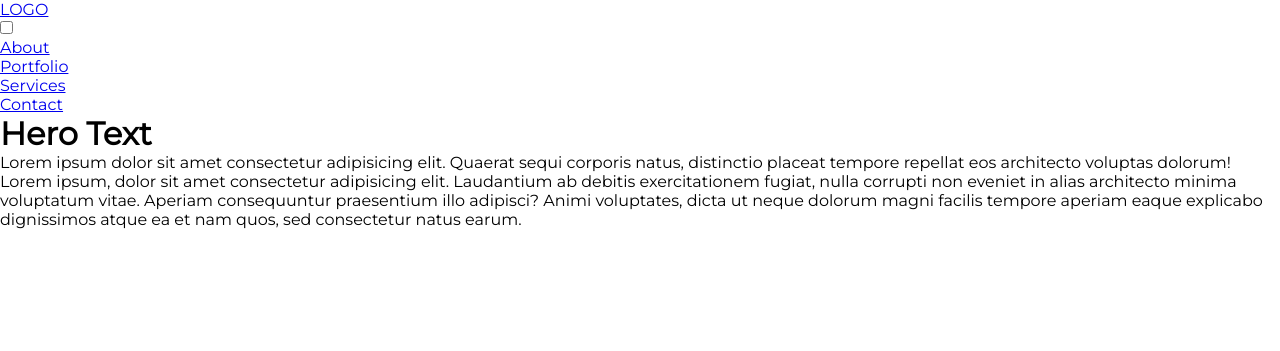
Repository: digiangler/animated-responsive-navbar
Page: dist/index.html
These files come from the project's save history. The page is drawn as it stood at one moment and after the next save; the edit follows.
The browser window is 1280 px wide. The pictures show the whole page.
The style sheet was rebuilt from its Sass, Less or Tailwind sources for each picture, by a compiler version that may differ from the author's.

Above is the page before, as saved 2020-10-21 01:17:10.

After the next save:
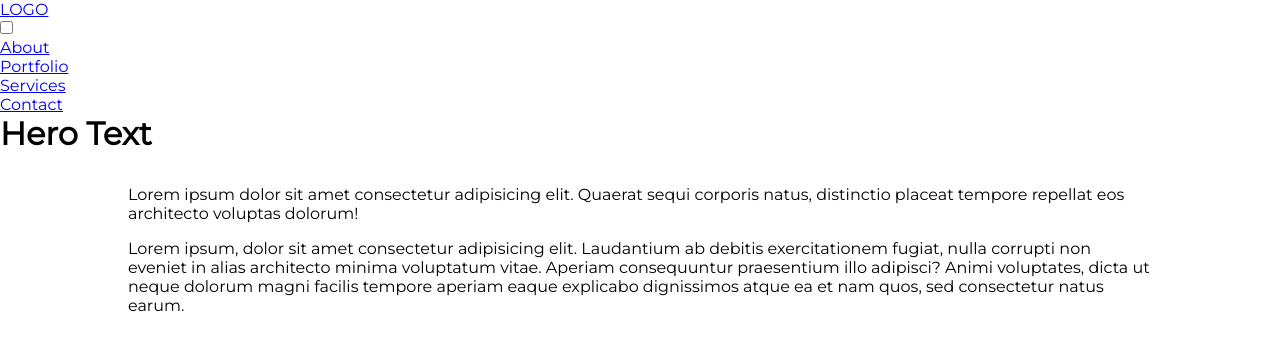
Saved 86 s later.
--- a/scss/main.scss
+++ b/scss/main.scss
@@ -9,3 +9,12 @@
 body {
   font-family: "Montserrat", "sans-serif";
 }
+
+.container {
+  width: 80%;
+  margin: 2rem auto;
+
+  p {
+    margin: 1rem 0;
+  }
+}
